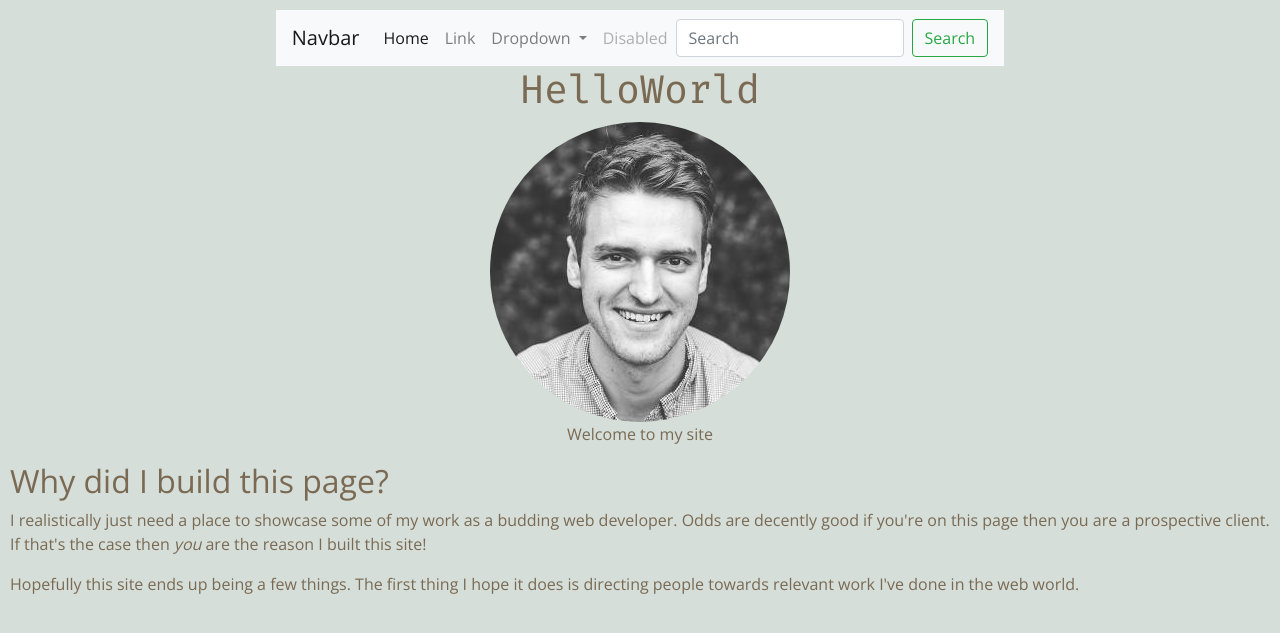
Repository: milespossing/Personal-Page
Page: index.html
The author's editor kept a copy of each file at every save. The page is drawn from the files as they stood at one save, then again after the next save.
The browser window is 1280 px wide. The pictures show the whole page.

Above is the page before, as saved 2019-09-25 07:09:16.

After the next save:
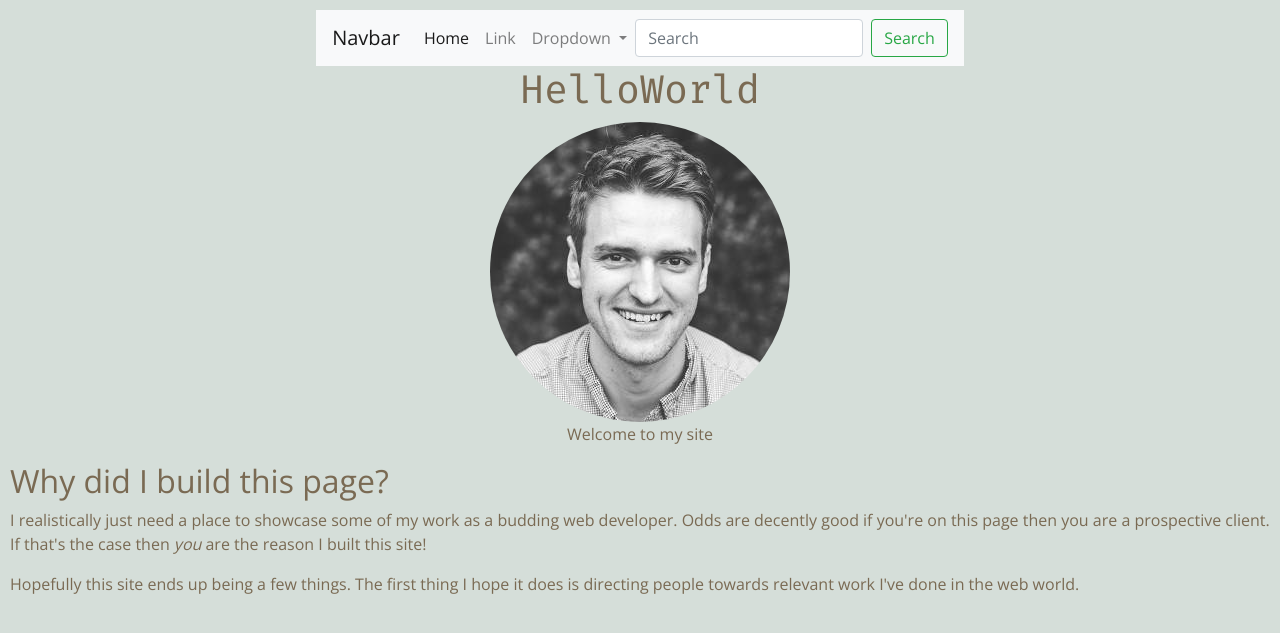
Saved 46 s later.
--- a/index.html
+++ b/index.html
@@ -12,26 +12,23 @@
 
         <div class="collapse navbar-collapse" id="navbarSupportedContent">
             <ul class="navbar-nav mr-auto">
-            <li class="nav-item active">
-                <a class="nav-link" href="#">Home <span class="sr-only">(current)</span></a>
-            </li>
-            <li class="nav-item">
-                <a class="nav-link" href="#">Link</a>
-            </li>
-            <li class="nav-item dropdown">
-                <a class="nav-link dropdown-toggle" href="#" id="navbarDropdown" role="button" data-toggle="dropdown" aria-haspopup="true" aria-expanded="false">
-                Dropdown
-                </a>
-                <div class="dropdown-menu" aria-labelledby="navbarDropdown">
-                <a class="dropdown-item" href="#">Action</a>
-                <a class="dropdown-item" href="#">Another action</a>
-                <div class="dropdown-divider"></div>
-                <a class="dropdown-item" href="#">Something else here</a>
-                </div>
-            </li>
-            <li class="nav-item">
-                <a class="nav-link disabled" href="#">Disabled</a>
-            </li>
+                <li class="nav-item active">
+                    <a class="nav-link" href="#">Home <span class="sr-only">(current)</span></a>
+                </li>
+                <li class="nav-item">
+                    <a class="nav-link" href="#">Link</a>
+                </li>
+                <li class="nav-item dropdown">
+                    <a class="nav-link dropdown-toggle" href="#" id="navbarDropdown" role="button" data-toggle="dropdown" aria-haspopup="true" aria-expanded="false">
+                    Dropdown
+                    </a>
+                    <div class="dropdown-menu" aria-labelledby="navbarDropdown">
+                    <a class="dropdown-item" href="#">Action</a>
+                    <a class="dropdown-item" href="#">Another action</a>
+                    <div class="dropdown-divider"></div>
+                    <a class="dropdown-item" href="#">Something else here</a>
+                    </div>
+                </li>
             </ul>
             <form class="form-inline my-2 my-lg-0">
             <input class="form-control mr-sm-2" type="search" placeholder="Search" aria-label="Search">
